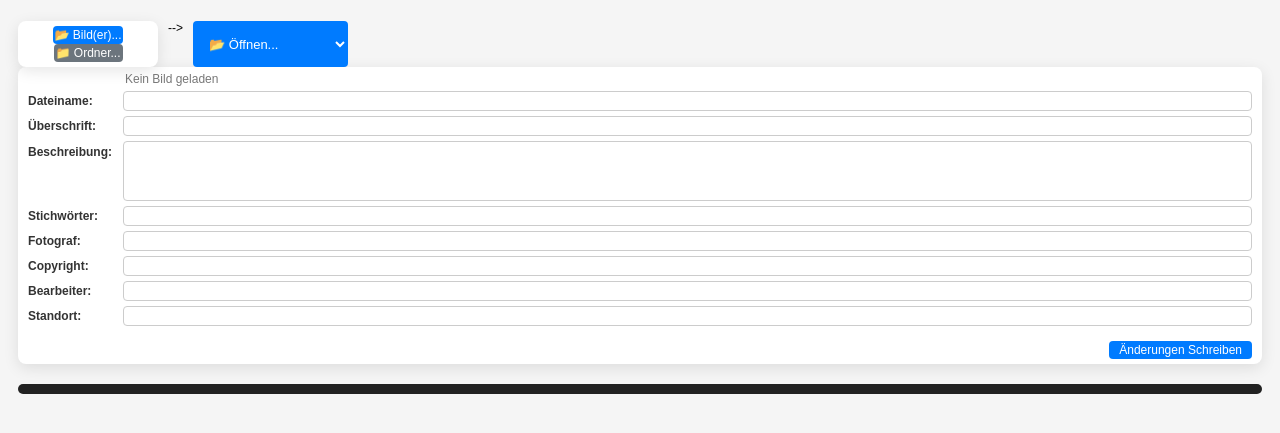
Repository: h-fahle/metadata
Page: ui/index.html
These files come from the project's save history. The page is drawn as it stood at one moment and after the next save; the edit follows.
The browser window is 1280 px wide. The pictures show the whole page.

Above is the page before, as saved 2026-08-17 14:26:24.

After the next save:
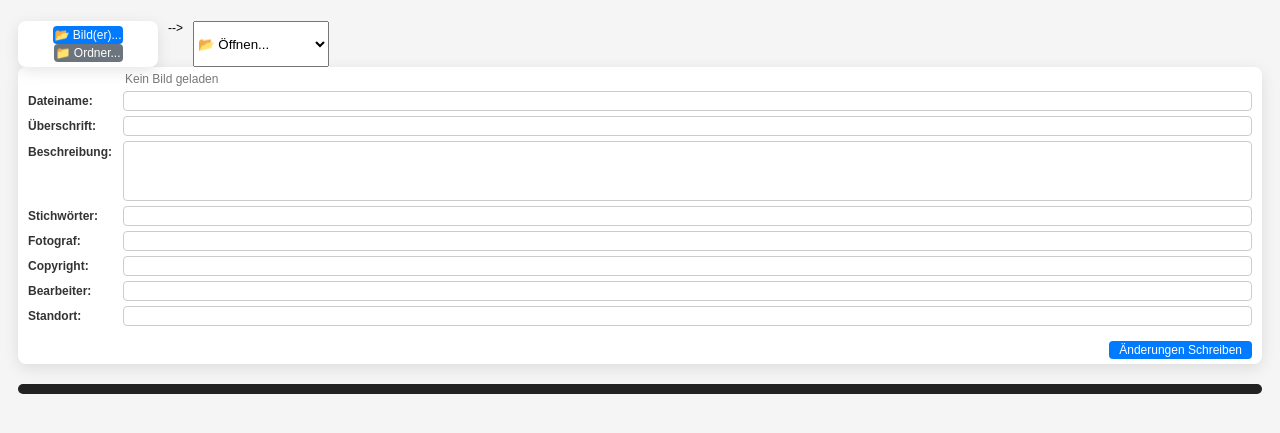
Saved 70 s later.
--- a/ui/index.html
+++ b/ui/index.html
@@ -28,7 +28,7 @@
 			</div>
  -->
 
-			<select id="menue-oeffnen" onchange="menueAktion(this)" style="padding: 6px 12px; font-size: 13px; cursor: pointer; background: #007BFF; color: white; border: none; border-radius: 4px;">
+			<select id="menue-oeffnen" onchange="menueAktion(this)" >
 				<option value="" selected disabled>📂 Öffnen...</option>
 				<option value="dateien">🖼️ Bilder öffnen...</option>
 				<option value="ordner">📁 Ordner öffnen...</option>
